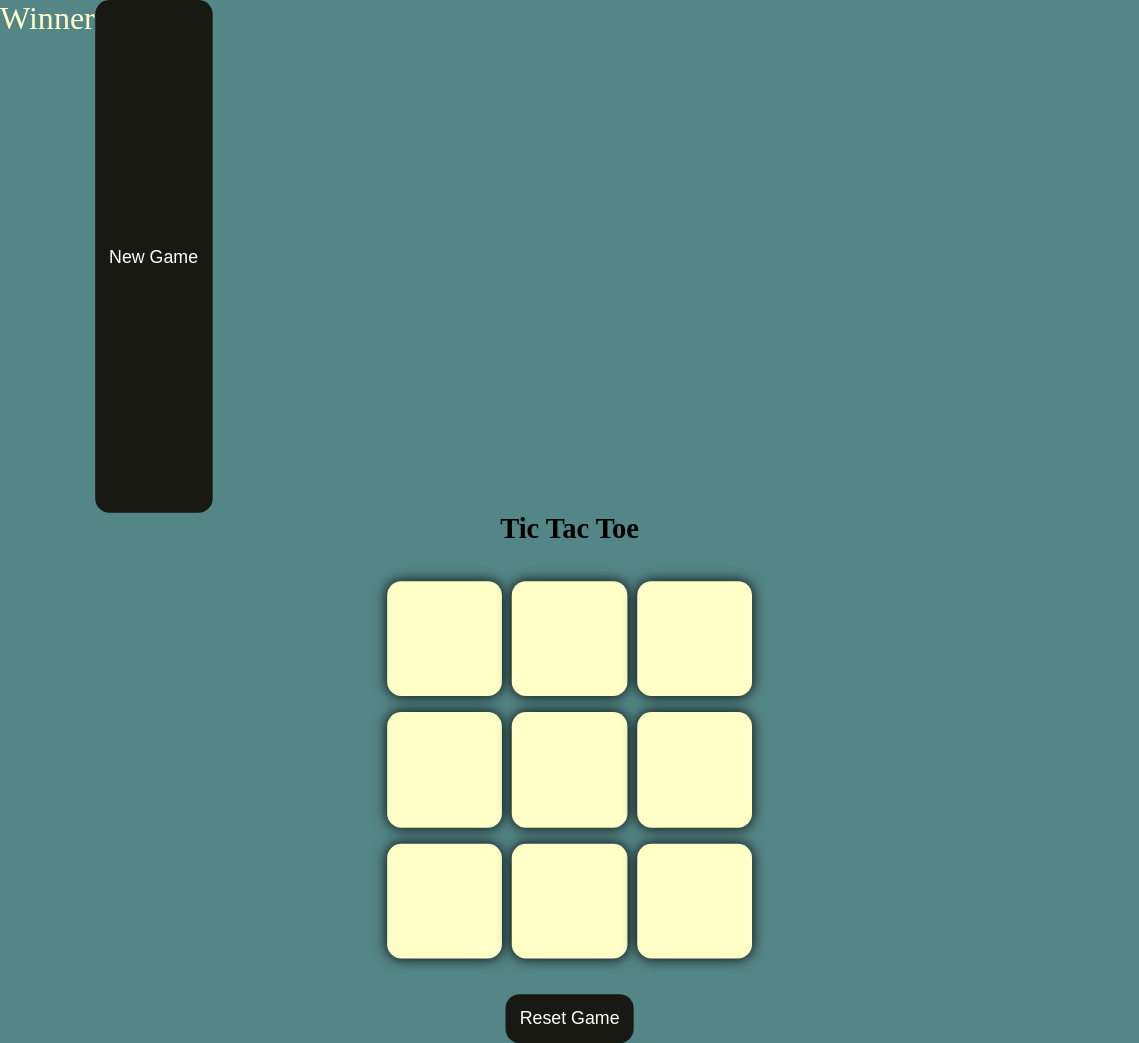
Repository: pankaj-shaw05/Tic-Tac-Toe
Page: index.html
An editor plug-in stored every save of this project. The page is shown before and after the next save, followed by the edit.
The browser window is 1280 px wide. The pictures show the whole page, at 89% of full size.

Above is the page before, as saved 2026-04-08 08:22:25.

After the next save:
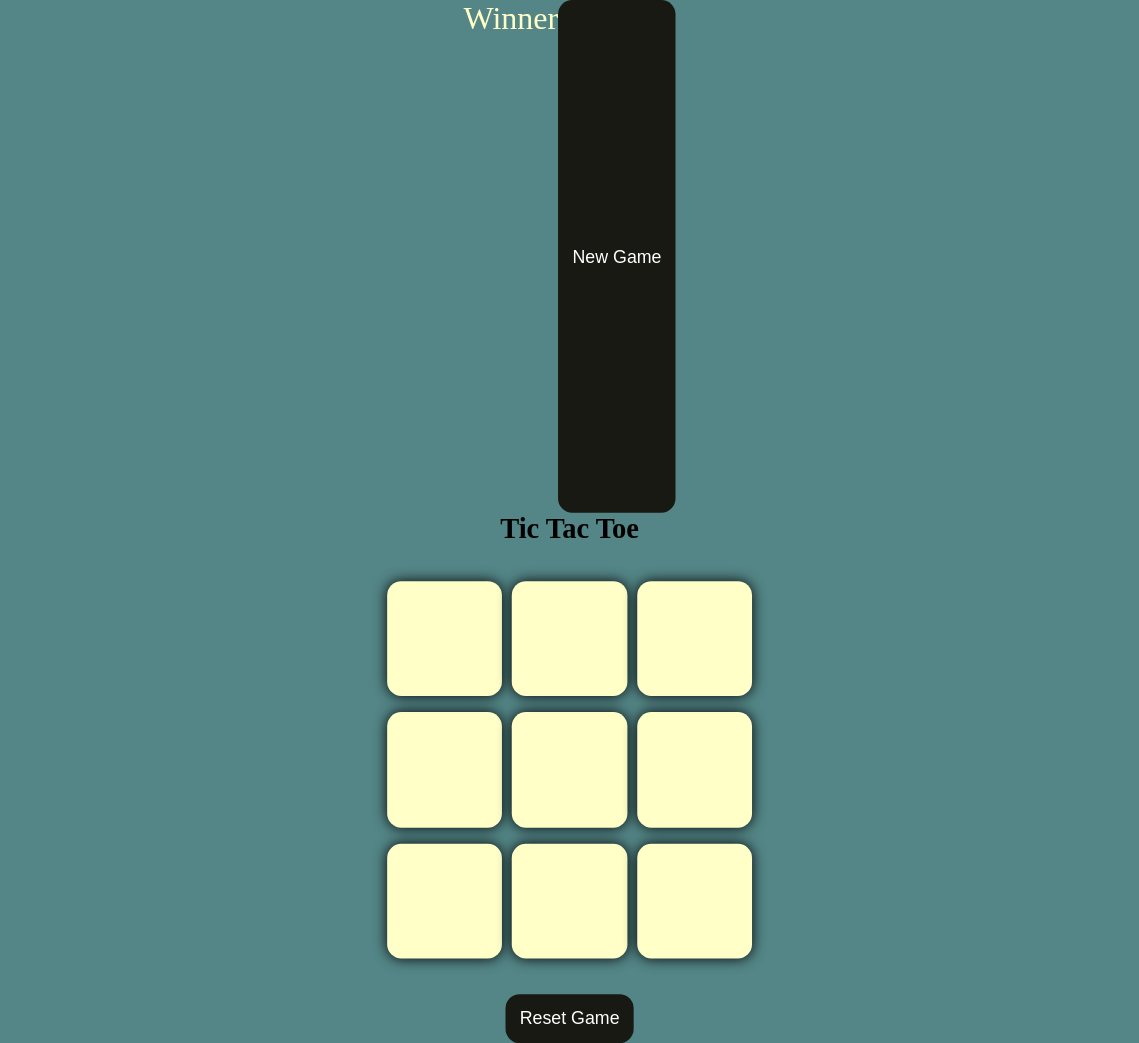
Saved 19 s later.
--- a/style.css
+++ b/style.css
@@ -63,7 +63,7 @@ body {
 .msg-container {
     height: 80vmin;
     display: flex;
-    flex-wrap: wrap;
+    justify-content: center;
 }
 
 .hide {
